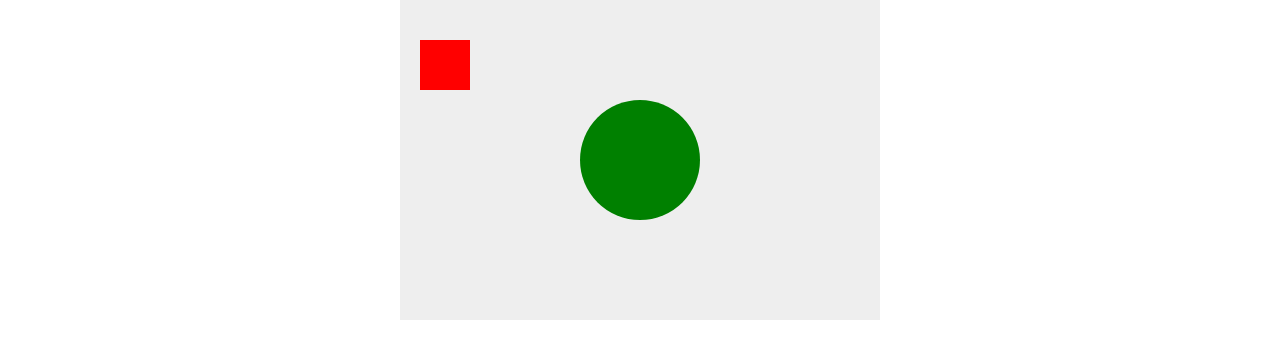
Repository: hara-PG/javascript_operation
Page: block_game/index.html
These files come from the project's save history. The page is drawn as it stood at one moment and after the next save; the edit follows.
The browser window is 1280 px wide. The pictures show the whole page.

Above is the page before, as saved 2022-06-21 15:44:48.

After the next save:
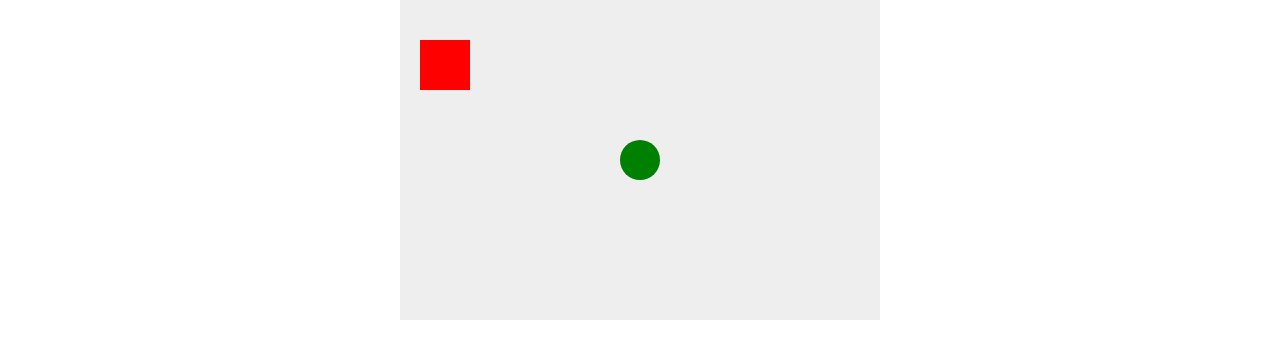
Saved 17 s later.
--- a/block_game/game.js
+++ b/block_game/game.js
@@ -8,7 +8,7 @@ ctx.fill();
 ctx.closePath();
 
 ctx.beginPath();
-ctx.arc(240, 160, 60, 0, Math.PI * 2, false);
+ctx.arc(240, 160, 20, 0, Math.PI * 2, false);
 ctx.fillStyle = "green";
 ctx.fill();
 ctx.closePath();
